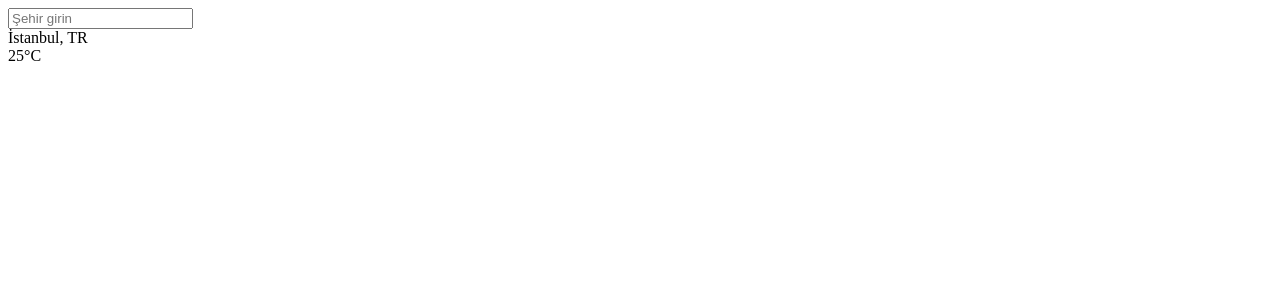
Repository: DogukanSAVA/havadurumu
Page: index.html
These files come from the project's save history. The page is drawn as it stood at one moment and after a run of saves; the edit follows.
The browser window is 1280 px wide. The pictures show the whole page.

Above is the page before, as saved 2021-09-16 11:51:09.

After the next 7 saves:
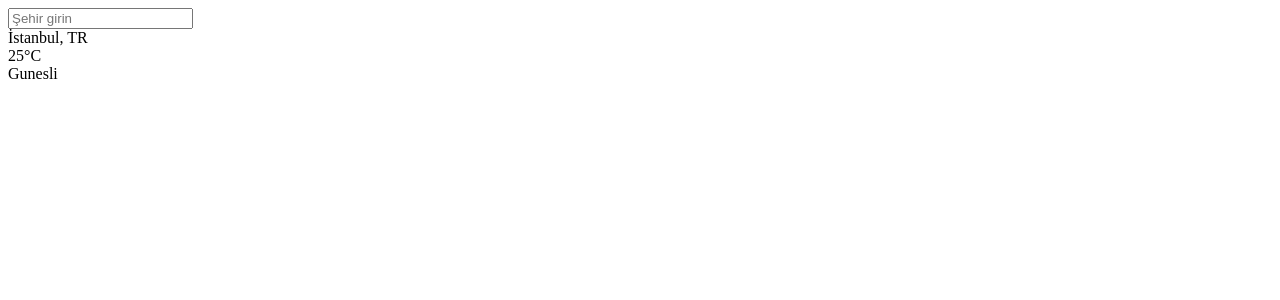
The 7 saves are shown as one change because they came seconds apart.
The last was saved 23 s later.
--- a/index.html
+++ b/index.html
@@ -13,15 +13,17 @@
 <body>
           <div class="app">
                     <div class="header">
-<div class="h1">
-          <input type="text" id="searchBar" placeholder="Şehir girin">
-</div>
+                              <div class="h1">
+                                        <input type="text" id="searchBar" placeholder="Şehir girin">
+                              </div>
 
                     </div>
 
                     <div class="content">
                               <div class="city">İstanbul, TR</div>
-<div class="temp">25°C</div>
+                              <div class="temp">25°C</div>
+                              <div class="desc">Gunesli</div>
+                              <div class="minmax"></div>
                     </div>
           </div>
 
